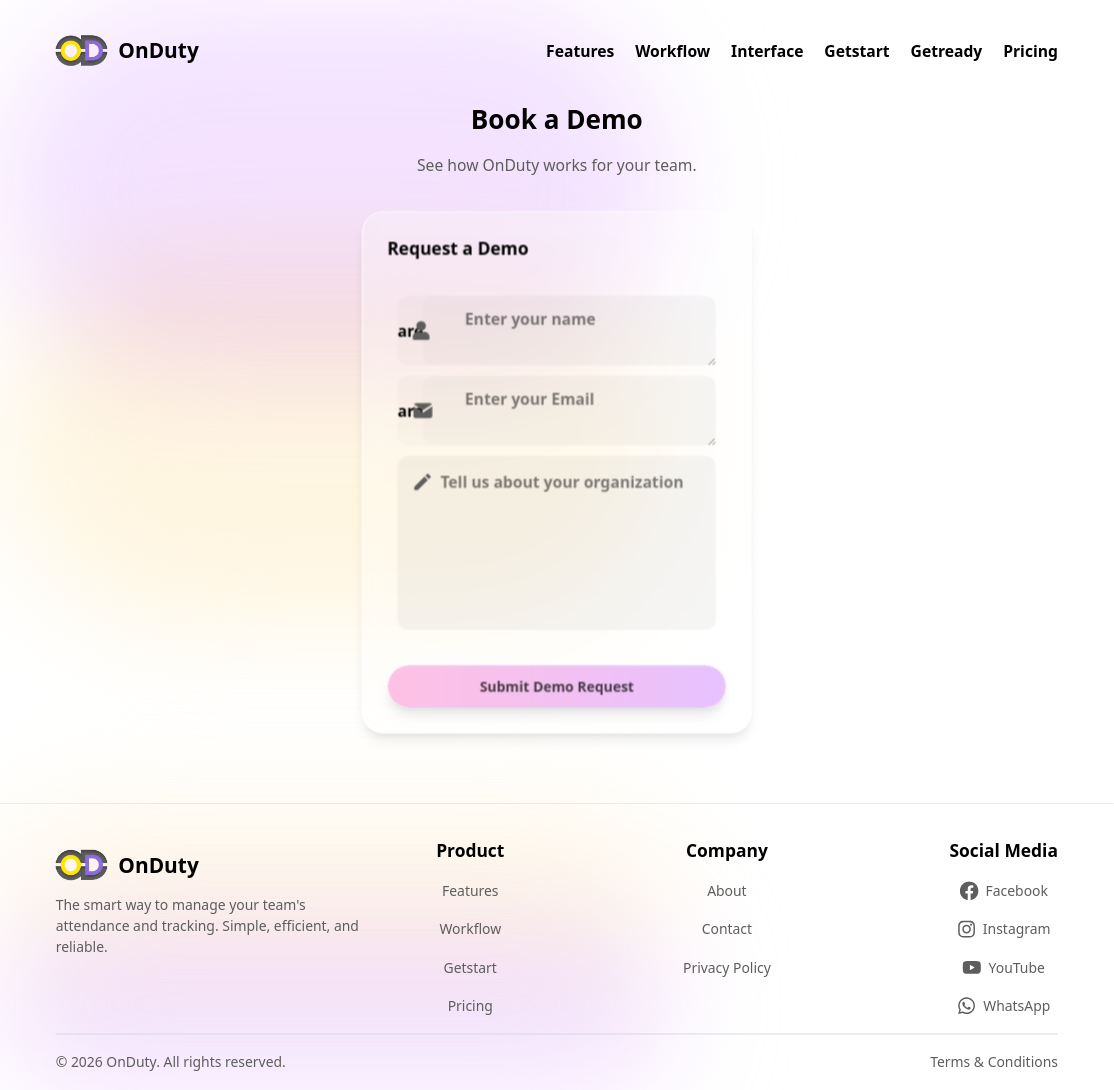
Repository: shekharzorin/ONDUTY-V1
Page: /bookdemo
The author's editor kept a copy of each file at every save. The page is drawn from the files as they stood at one save, then again after the next save.
The browser window is 1280 px wide. The pictures show the whole page, at 87% of full size.
The project was rebuilt for these pictures with package versions that can differ from the ones it lists, and the page was loaded fresh each time. The framework's server and built-in components were replaced by stand-ins that run in the browser. Also part of the build but not shown: next.config.mjs, vite.config.js, app/components/ui/Crossicon.tsx.

Above is the page before, as saved 2026-01-17 18:39:54.

### app/layout.tsx
import type { Metadata } from "next";
import { Geist, Geist_Mono } from "next/font/google";
import "./globals.css";
import Navbar from "./components/header/Navbar";

const geistSans = Geist({
  variable: "--font-geist-sans",
  subsets: ["latin"],
});

const geistMono = Geist_Mono({
  variable: "--font-geist-mono",
  subsets: ["latin"],
});

export const metadata: Metadata = {
  title: "Create Next App",
  description: "Generated by create next app",
};

export default function RootLayout({
  children,
}: Readonly<{
  children: React.ReactNode;
}>) {
  return (
    <html lang="en">
      <body
        className={`${geistSans.variable} ${geistMono.variable} antialiased`}
      >
        <Navbar />
        {children}
      </body>
    </html>
  );
}

### app/bookdemo/page.tsx
import Footer from "../components/footer/footer";
import Bookdemo from "../components/sections/bookdemo";

const page = () => {
  return (
    <div className="flex flex-col">
      <Bookdemo />
      <Footer />
    </div>
  );
};

export default page;

### app/globals.css
@import "tailwindcss";

:root {
  --color-primary: #8d6bdc;
  --color-secondary: #e0d4ff;
  --color-bg: #efefef;
  --color-sidebar: #ffffff;
  --color-gray: #5d5d5d;
}

html {
  scroll-behavior: smooth;
}




.flip-card {
  perspective: 1000px;
}

.flip-card-inner {
  transform-style: preserve-3d;
}

.flip-card-front,
.flip-card-back {
  position: absolute;
  width:auto;
  height:auto;
  backface-visibility: hidden;
}

.flip-card-back {
  transform: rotateY(180deg);
}

### app/components/footer/footer.tsx
import Image from "next/image";
import Logo from "@/public/images/od_logo.png";
import Link from "next/link";
import { FaFacebook, FaInstagram, FaWhatsapp, FaYoutube } from "react-icons/fa";
import { ReactNode } from "react";

type FooterLink = {
  label: string;
  href: string;
  external?: boolean;
  icon?: ReactNode;
};

type FooterSection = {
  title: string;
  links: FooterLink[];
};

const footerLinks: FooterSection[] = [
  {
    title: "Product",
    links: [
      { label: "Features", href: "/#features" },
      { label: "Workflow", href: "/#workflow" },
      { label: "Getstart", href: "/#getstart" },
      { label: "Pricing", href: "/pricing/" },
    ],
  },
  {
    title: "Company",
    links: [
      { label: "About", href: "/about" },
      { label: "Contact", href: "/contact" },
      { label: "Privacy Policy", href: "/privacy&policy" },
    ],
  },
  {
    title: "Social Media",
    links: [
      {
        label: "Facebook",
        href: "https://www.facebook.com",
        external: true,
        icon: <FaFacebook size={22} />,
      },
      {
        label: "Instagram",
        href: "https://www.instagram.com",
        external: true,
        icon: <FaInstagram size={22} />,
      },
      {
        label: "YouTube",
        href: "https://www.youtube.com",
        external: true,
        icon: <FaYoutube size={22} />,
      },
      {
        label: "WhatsApp",
        href: "https://www.whatsapp.com",
        external: true,
        icon: <FaWhatsapp size={22} />,
      },
    ],
  },
];

const Footer = () => {
  return (
    <section
      id="footer"
      className="relative px-4 sm:px-6 md:px-8 lg:px-12 xl:px-16 2xl:px-24 max-w-384 w-full border-t border-gray-200"
    >
      {/* Background flare */}
      <div className="absolute top-0 left-1/2 -translate-x-1/2 w-full h-full max-w-7xl pointer-events-none -z-10">
        <div className="absolute bottom-0 w-[60%] h-[60%] bg-[#eccfff] rounded-full blur-3xl opacity-60 mix-blend-multiply filter" />
        <div className="absolute top-0 w-[60%] h-[60%] bg-[#fff4da] rounded-full blur-3xl opacity-60 mix-blend-multiply filter" />
      </div>

      <div className="flex flex-col pt-3 lg:pt-10 lg:flex-row lg:justify-between gap-5 lg:gap-20">
        <div className="flex flex-col gap-1 w-full lg:w-[50%]">
          <div className="flex gap-2 lg:gap-3 items-center">
            <Image
              src={Logo}
              alt="Onduty Logo"
              height={60}
              width={60}
              className="flex h-10 w-10 md:h-12 md:w-12 lg:h-15 lg:w-15"
            />
            <h1 className="text-2xl lg:text-2xl font-bold">OnDuty</h1>
          </div>
          <p className="text-(--color-gray)">
            The smart way to manage your team's attendance and tracking. Simple,
            efficient, and reliable.
          </p>
        </div>

        <div className="flex flex-wrap text-(--color-gray) justify-between w-full gap-5 lg:px-0 text-center">
          {footerLinks.map((section) => (
            <div key={section.title} className="flex flex-col gap-5">
              <p className="text-black text-lg lg:text-xl font-semibold">
                {section.title}
              </p>

              {section.links.map((link) => (
                <Link
                  key={link.label}
                  href={link.href}
                  target={link.external === true ? "_blank" : undefined}
                  rel={
                    link.external === true ? "noopener noreferrer" : undefined
                  }
                  className="hover:text-(--color-primary) transition"
                >
                  <p className="flex items-center gap-2 justify-center">
                    {link.icon}
                    {link.label}
                  </p>
                </Link>
              ))}
            </div>
          ))}
        </div>
      </div>

      <hr className="text-gray-300 mt-5" />
      <div className="text-(--color-gray) flex flex-col md:flex-row md:justify-between gap-5 my-5">
        <p>© 2026 OnDuty. All rights reserved.</p>
        <Link href="#">
          <p>Terms & Conditions</p>
        </Link>
      </div>
    </section>
  );
};

export default Footer;

### app/components/sections/bookdemo.tsx
"use client";

import { FaUser } from "react-icons/fa";
import { TbMailFilled } from "react-icons/tb";
import Inputbox from "../ui/Inputbox";
import { useState } from "react";
import { MdEdit } from "react-icons/md";
import Button from "../ui/Button";
import { motion } from "framer-motion";

const Bookdemo = () => {
  const [form, setForm] = useState({
    name: "",
    email: "",
    message: "",
  });

  const handleChange = (field: string, value: string) => {
    setForm((prev) => ({ ...prev, [field]: value }));
    console.log(form);
  };

  return (
    <section className="flex flex-col gap-10 pb-20 px-4 sm:px-6 md:px-8 lg:px-12 xl:px-16 2xl:px-24 max-w-384 mx-auto items-center justify-center w-full">
      {/* Background flare */}
      <div className="absolute top-0 left-1/2 -translate-x-1/2 w-full h-full max-w-7xl pointer-events-none -z-10">
        <div className="absolute top-0 w-[60%] h-[60%] bg-[#eccfff] rounded-full blur-3xl opacity-60 mix-blend-multiply filter" />
        <div className="absolute bottom-0 w-[60%] h-[60%] bg-[#fff0cd] rounded-full blur-3xl opacity-60 mix-blend-multiply filter" />
      </div>

      <div className="flex flex-col items-center justify-center mt-30 text-center gap-5">
        <p className="text-2xl lg:text-3xl font-bold leading-[1.15] lg:text-balance justify-center items-center">
          Book a Demo
        </p>
        <p className="md:text-lg text-(--color-gray)">
          See how OnDuty works for your team.
        </p>
      </div>

      <motion.div
        initial={{ opacity: 0, scale: 0.5 }}
        animate={{ opacity: 1, scale: 1 }}
        transition={{ type: "spring", stiffness: 100, damping: 20 }}
        className="backdrop-blur-md border border-white bg-white/30 shadow-lg rounded-3xl p-7 flex flex-col gap-10 justify-center w-full max-w-md"
      >
        <p className="font-bold text-xl">Request a Demo</p>

        <form
          className="flex flex-col w-full h-full px-3 gap-3 items-center"
          onSubmit={(e) => e.preventDefault()}
        >
          <Inputbox
            icon={<FaUser size={22} />}
            value={form.name}
            onChange={(v) => handleChange("name", v)}
            placeholder="Enter your name"
            className="rounded-xl bg-black/2 font-semibold md:text-lg text-black"
          />
          <Inputbox
            icon={<TbMailFilled size={26} />}
            type="email"
            value={form.email}
            onChange={(v) => handleChange("email", v)}
            placeholder="Enter your Email"
            className="rounded-xl bg-black/2 font-semibold md:text-lg text-black"
          />

          <div className="flex w-full p-4 bg-black/4 rounded-xl gap-2 text-(--color-gray)">
            <MdEdit size={28} />
            <textarea
              placeholder="Tell us about your organization"
              rows={6}
              className="w-full font-semibold md:text-lg text-black outline-none resize-none"
              value={form.message}
              onChange={(v) => handleChange("message", v.target.value)}
            />
          </div>
        </form>

        <Button
          title="Submit Demo Request"
          onClick={() => {}}
          className="
            border border-white p-3 w-full rounded-full
            bg-linear-to-r from-[#ffc1e4] to-[#e7c2ff]
            hover:animate-pulse text-black/70"
        />
      </motion.div>
    </section>
  );
};

export default Bookdemo;

### app/components/ui/Inputbox.tsx
import React, { useState } from "react";
import {IoMdEye, IoMdEyeOff } from "react-icons/io";

interface InputBoxProps {
  icon?: React.ReactNode;
  placeholder?: string;
  type?: string;
  value: string;
  onChange: (value: string) => void;
  required?: boolean;
  disabled?: boolean;
  error?: string;
  className?: string;

  inputMode?: React.HTMLAttributes<HTMLInputElement>["inputMode"];
  autoCapitalize?: "none" | "sentences" | "words" | "characters";
  autoCorrect?: "on" | "off";
  maxLength?: number;
  pattern?: string;
}


const Inputbox = ({
  icon,
  placeholder = "",
  type = "text",
  value,
  onChange,
  disabled = false,
  className = "",
}: InputBoxProps) => {
  const [showPassword, setShowPassword] = useState(false);

  const isPassword = type === "password";
  const inputType = isPassword && showPassword ? "text" : type;

  return (
    <div className={ `flex flex-col gap-1 w-full bg-(--color-sidebar) ${className}`}>
      <div className="relative flex items-center">

        {icon && (
          <span className="absolute left-4 text-(--color-gray) justify-center items-center">
            {icon}
          </span>
        )}are

        <textarea
          placeholder={placeholder}
          value={value}
          onChange={(e) => onChange(e.target.value)}
          disabled={disabled}
          className={`w-full px-5 py-3  pl-12 pr-12 outline-none transition-all font-medium text-(--color-gray) ${
            disabled ? "bg-gray-100" : ""
          } ${className}`}
        />

        {isPassword && (
          <button
            type="button"
            onClick={() => setShowPassword(!showPassword)}
            className="absolute right-4 top-1/2 -translate-y-1/2 text-(--color-gray)"
          >
            {showPassword ? <IoMdEye size={28} /> : <IoMdEyeOff size={28} />}
          </button>
        )}
      </div>
    </div>
  );
};

export default Inputbox;

### app/components/ui/Button.tsx
import { ReactNode } from "react";

interface ButtonProps {
  title: string;
  onClick: () => void;
  type?: "button" | "submit";
  disabled?: boolean;

  /* 🔹 Optional Icon */
  icon?: ReactNode;
  iconPosition?: "left" | "right";

  /* 🔹 External Styles */
  className?: string;
}

const Button = ({
  title,
  onClick,
  type = "button",
  disabled = false,
  icon,
  iconPosition = "left",
  className = "",
}: ButtonProps) => {
  return (
    <button
      type={type}
      onClick={!disabled ? onClick : undefined}
      disabled={disabled}
      className={`
        group
        font-bold shadow-lg
        transition-all transform
        flex items-center justify-center gap-2
        duration-300
        ${
          disabled
            ? "bg-(--color-gray) text-(--color-sidebar) cursor-not-allowed opacity-70 transition-all duration-300"
            : "bg-(--color-primary) text-(--color-sidebar) hover:bg-(--color-secondary) hover:scale-105 hover:text-black cursor-pointer transition-all duration-300"
        }

        ${className}
      `}
    >
      {/* ICON LEFT */}
      {icon && iconPosition === "left" && (
        <span className="button-icon flex items-center">{icon}</span>
      )}

      <span>{title}</span>

      {/* ICON RIGHT */}
      {icon && iconPosition === "right" && (
        <span className="button-icon flex items-center">{icon}</span>
      )}
    </button>
  );
};

export default Button;

Loaded but not shown: app/components/header/Navbar.tsx (265 lines, source omitted)

After the next save:
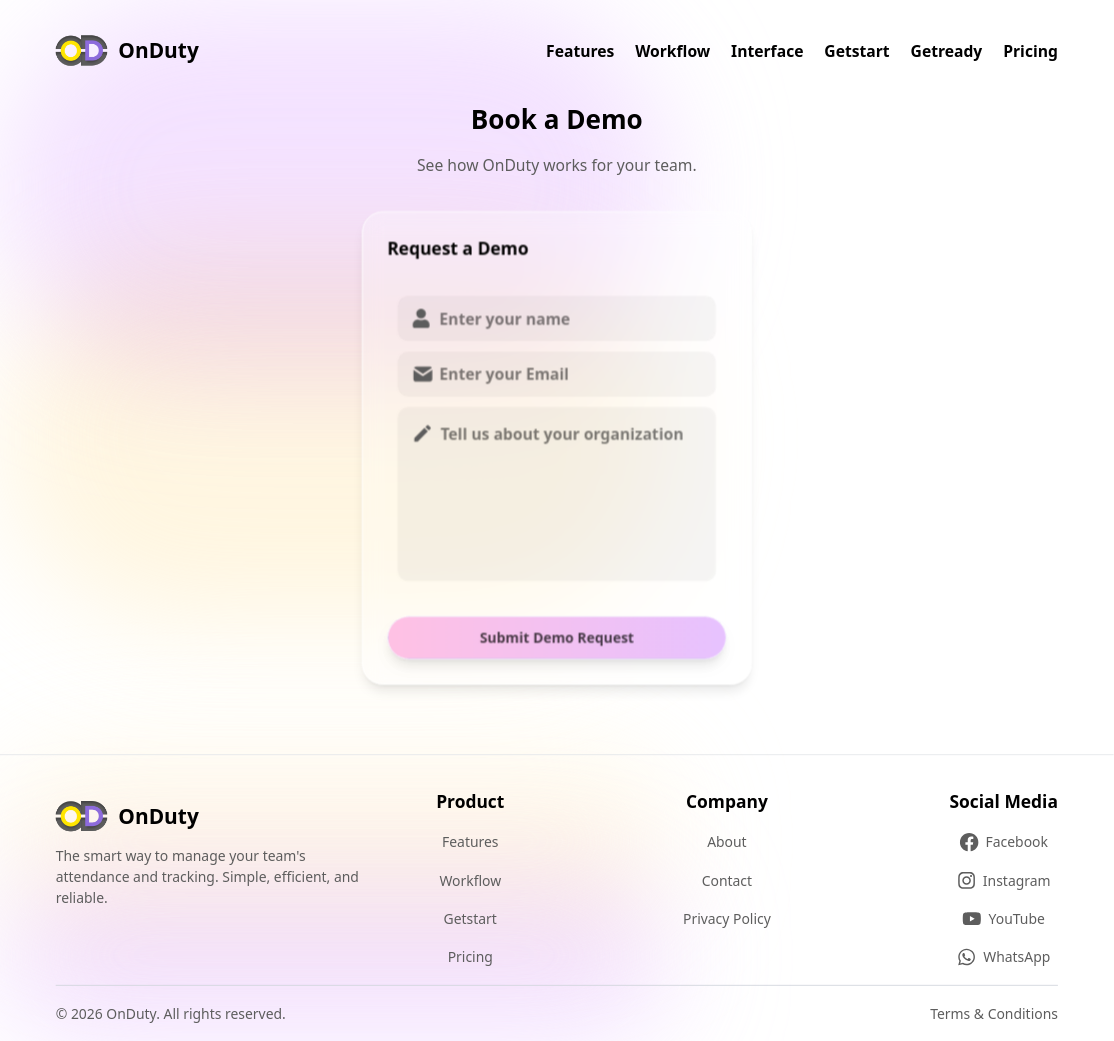
Saved 21 s later.
--- a/app/components/ui/Inputbox.tsx
+++ b/app/components/ui/Inputbox.tsx
@@ -42,9 +42,10 @@
           <span className="absolute left-4 text-(--color-gray) justify-center items-center">
             {icon}
           </span>
-        )}are
+        )}
 
-        <textarea
+        <input
+          type={inputType}
           placeholder={placeholder}
           value={value}
           onChange={(e) => onChange(e.target.value)}

After the save that followed:
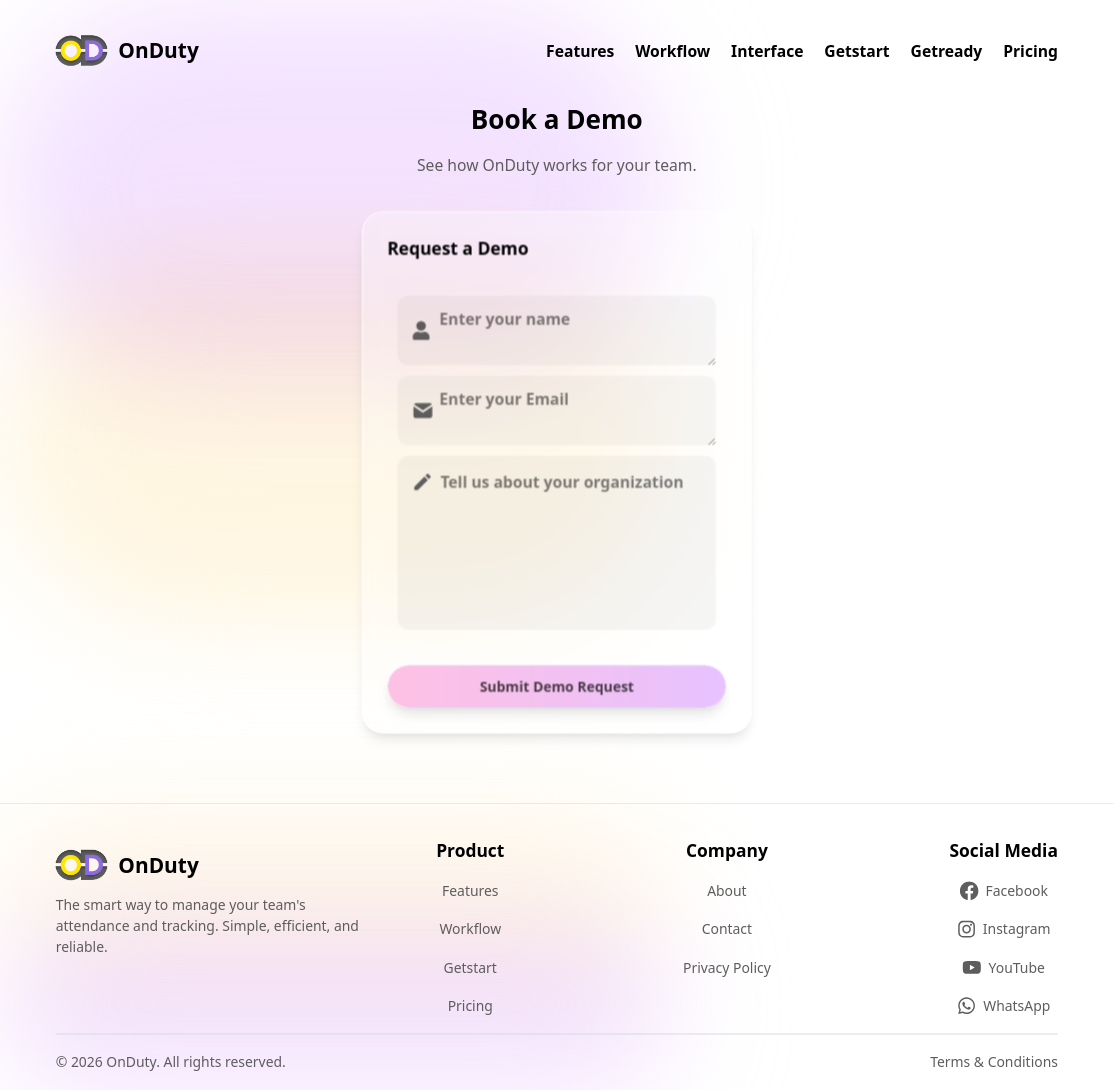
Saved 20 s later.
--- a/app/components/ui/Inputbox.tsx
+++ b/app/components/ui/Inputbox.tsx
@@ -44,7 +44,7 @@
           </span>
         )}
 
-        <input
+        <textarea
           type={inputType}
           placeholder={placeholder}
           value={value}
